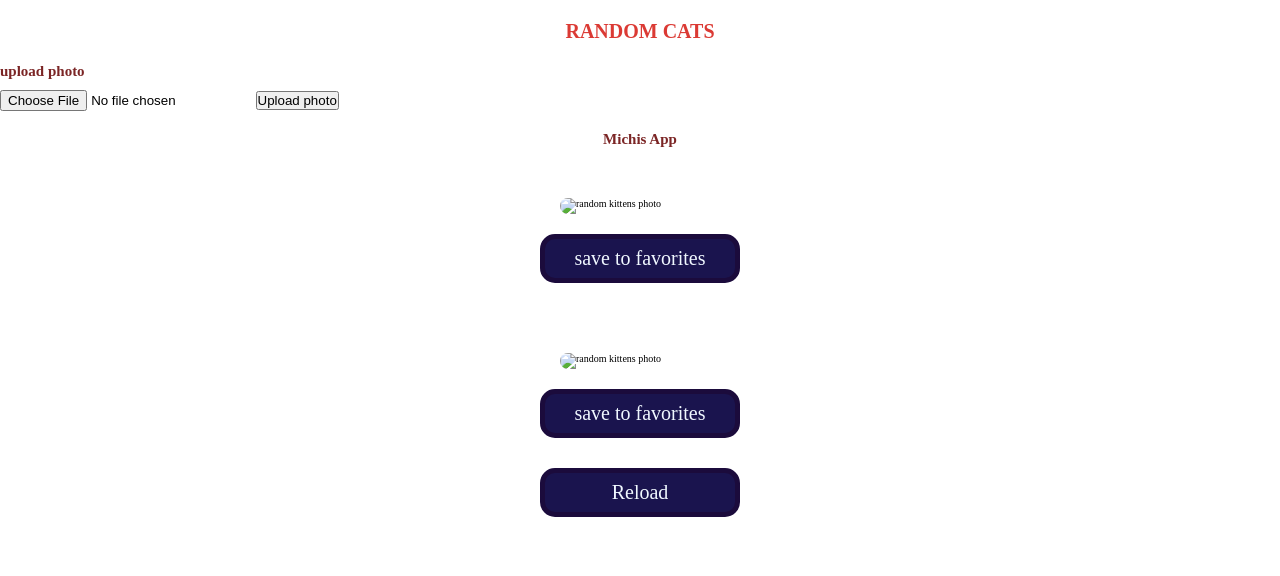
Repository: elto82/ConsumoAPIRESTjs
Page: index.html
The author's editor kept a copy of each file at every save. The page is drawn from the files as they stood at one save, then again after the next save.
The browser window is 1280 px wide. The pictures show the whole page.
The page's requests for data from a server got no answer.

Above is the page before, as saved 2022-07-04 21:33:38.

### index.html
<!DOCTYPE html>
<html lang="en">

<head>
  <meta charset="UTF-8">
  <meta http-equiv="X-UA-Compatible" content="IE=edge">
  <meta name="viewport" content="width=device-width, initial-scale=1.0">
  <title>Random Cats</title>
  <link rel="stylesheet" href="style.css">
</head>

<body>
  <header>
    <h1>Random Cats</h1>
  </header>
  <span id="error"></span>


  <section id="uploadingMichi" class="cards__container">
    <h2>upload photo</h2>
    <form id="uploadingForm">
      <input id="fileSelector" type="file" name="file" accept="image/*">

      <button type="button" onclick="uploadMichiPhoto()">
        Upload photo<i class="fa-solid fa-paper-plane"></i>
      </button>
      <div id="preview-zone">

      </div>
    </form>
  </section>

  <section id="randomMichis" class="container">
    <h2>Michis App</h2>

    <article>
      <img id="img1" alt="random kittens photo" class="image">
      <button id="btn1" class="random-cat-button">
        save to favorites
      </button>
    </article>
    <article>
      <img id="img2" alt="random kittens photo" class="image">
      <button id="btn2" class="random-cat-button">
        save to favorites
      </button>
    </article>

    <button class="random-cat-button" onclick="loadRandomMichis()">
      Reload
    </button>

  </section>
  <section id="favoriteMichis">

  </section>

  <script src="https://cdn.jsdelivr.net/npm/axios/dist/axios.min.js"></script>
  <script src="./main.js"></script>
</body>

</html>

### style.css
* {
  box-sizing: border-box;
  margin: 0px;
  padding: 0px;
}
html {
  font-size: 62.5%;
}
body {
  font-family: 'Square Peg', cursive;
}
header {
  display: flex;
  justify-content: center;
}

h1 {
  margin: 20px 0;
  color: #DB3A34;
  font-weight: 800;
  text-transform: uppercase;
}

h2 {
  color: #7b2525;
  margin: 0 0 1rem 0;
}


article{
  display: flex;
  flex-direction: column;
  justify-content: center;
  place-items: center;
  padding: 20px;
}
.container {
  display: flex;
  flex-direction: column;
  justify-content: center;
  place-items: center;
  padding: 20px;
}
.container .image {
  border-radius: 20px;
  margin: 20px;
  width: 80%;
  height: auto;
}
.random-cat-button {
  align-items: center;
  background-color: rgb(26, 20, 78);
  border: 5px solid rgb(27, 11, 60);
  border-radius: 15px;
  color: aliceblue;
  cursor: pointer;
  font-family: 'Pacifico', cursive;
  font-size: 2rem;
  padding: 0.8rem;
  width: 20rem;
  height: auto;
  margin-bottom: 1rem;
}
.random-cat-button:hover {
  border: 5px solid rgb(36, 16, 71);
  background-color: rgb(33, 14, 62);
}

#file-preview{
  width: 300px;
  height: auto;
  margin: 20px 20px;
}

### main.js
const api = axios.create({
  baseURL: 'https://api.thecatapi.com/v1'
});
api.defaults.headers.common['X-API-KEY'] = '11fb4c78-96c8-403c-b282-b8c4d38b4b60';


/*--------------------------------------------- endpoint
const API_URL = "https://api.thecatapi.com/v1/images/search"; */
/* --------------------------------------------------------query parameters */
const API_URL_random = "https://api.thecatapi.com/v1/images/search?limit=2";
const API_URL_favorites = "https://api.thecatapi.com/v1/favourites";
const API_URL_upload = "https://api.thecatapi.com/v1/images/upload";

const API_URL_favorites_delete = (id) =>
  `https://api.thecatapi.com/v1/favourites/${id}`;

const spanError = document.getElementById("error");

async function loadRandomMichis() {
  const res = await fetch(API_URL_random);
  const data = await res.json();

  console.log(data);
  console.log("loadRandomMichis");

  if (res.status !== 200) {
    spanError.innerHTML = `hubo un error: ${res.status} ${data.message}`;
  } else {
    const img1 = document.getElementById("img1");
    const img2 = document.getElementById("img2");
    const btn1 = document.getElementById("btn1");
    const btn2 = document.getElementById("btn2");

    img1.src = data[0].url;
    img2.src = data[1].url;
    btn1.onclick = () => saveFavoriteMichi(data[0].id);
    btn2.onclick = () => saveFavoriteMichi(data[1].id);
  }
}

async function loadFavoriteMichis() {
  const res = await fetch(API_URL_favorites, {
    method: "GET",
    headers: {
      "X-API-KEY": "11fb4c78-96c8-403c-b282-b8c4d38b4b60",
    },
  });
  const data = await res.json();

  console.log(data);
  console.log("loadFavoriteMichis");

  if (res.status !== 200) {
    spanError.innerHTML = `Hubo un error: ${res.status} ${data.message}`;
  } else {
    const section = document.getElementById("favoriteMichis");
    section.innerHTML = "";
    const h2 = document.createElement("h2");
    const h2Text = document.createTextNode("Michis Favorites");
    h2.appendChild(h2Text);
    section.appendChild(h2);

    data.forEach((michi) => {
      const article = document.createElement("article");
      const img = document.createElement("img");
      const btn = document.createElement("button");
      const btnText = document.createTextNode("remove michi");

      btn.appendChild(btnText);
      btn.onclick = () => deleteFavoriteMichi(michi.id);
      img.src = michi.image.url;
      img.width = 150;
      article.appendChild(img);
      article.appendChild(btn);
      section.appendChild(article);
    });
  }
}

async function saveFavoriteMichi(id) {
  const { data, status } = await api.post('/favourites', {
    image_id: id,
  });
  /* const res = await fetch(API_URL_favorites, {
    method: "POST",
    headers: {
      "Content-Type": "application/json",
      "X-API-KEY": "11fb4c78-96c8-403c-b282-b8c4d38b4b60",
    },
    body: JSON.stringify({
      image_id: id,
    }),
  });
  const data = await res.json(); */

  console.log("save");
  //console.log(res);

  if (status !== 200) {
    spanError.innerHTML = `Hubo un error: ${status} ${data.message}`;
  } else {
    console.log("michi guardado en favoritos");
    loadFavoriteMichis();
  }
}

async function deleteFavoriteMichi(id) {
  const res = await fetch(API_URL_favorites_delete(id), {
    method: "DELETE",
    headers: {
      "X-API-KEY": "11fb4c78-96c8-403c-b282-b8c4d38b4b60",
    },
  });
  const data = await res.json();

  if (res.status !== 200) {
    spanError.innerHTML = `Hubo un error: ${res.status} ${data.message}`;
  } else {
    console.log("michi eliminado de favoritos");
    loadFavoriteMichis();
  }
}

async function uploadMichiPhoto() {
  const form = document.getElementById("uploadingForm");
  const formData = new FormData(form);

  console.log(formData.get("file"));

  const res = await fetch(API_URL_upload, {
    method: "POST",
    headers: {
      //"Content-Type": "multipart/form-data",
      "X-API-KEY": "11fb4c78-96c8-403c-b282-b8c4d38b4b60",
    },
    body: formData,
  });
  const data = await res.json();

  if (res.status !== 201) {
    spanError.innerText = "Hubo un error: " + res.status + " " + data.message;
  } else {
    console.log("Michi cargado correctamente");
    console.log({ data });
    console.log(data.url);
    saveFavoriteMichi(data.id);
    loadRandomMichis();
  }
}

/* const previewImage = () => {
  const file = document.getElementById("file").files;
  console.log(file);
  if (file.length > 0) {
    const fileReader = new FileReader();

    fileReader.onload = function(e) {
      document.getElementById("preview").setAttribute("src", e.target.result);
    };
    fileReader.readAsDataURL(file[0]);
  }
} */

function readFile(input) {
  if (input.files && input.files[0]) {
    var reader = new FileReader();
    reader.onload = function (e) {
      var filePreview = document.createElement("img");
      filePreview.id = "file-preview";
      //Aca se guarda la imagen en base 64
      filePreview.src = e.target.result;
      console.log(e.target.result);

      var previewZone = document.getElementById("preview-zone");
      previewZone.appendChild(filePreview);
    };

    reader.readAsDataURL(input.files[0]);
  }
}
var fileUpload = document.getElementById("fileSelector");
fileUpload.onchange = function (e) {
  readFile(e.srcElement);

};

loadRandomMichis();
loadFavoriteMichis();

After the next save:
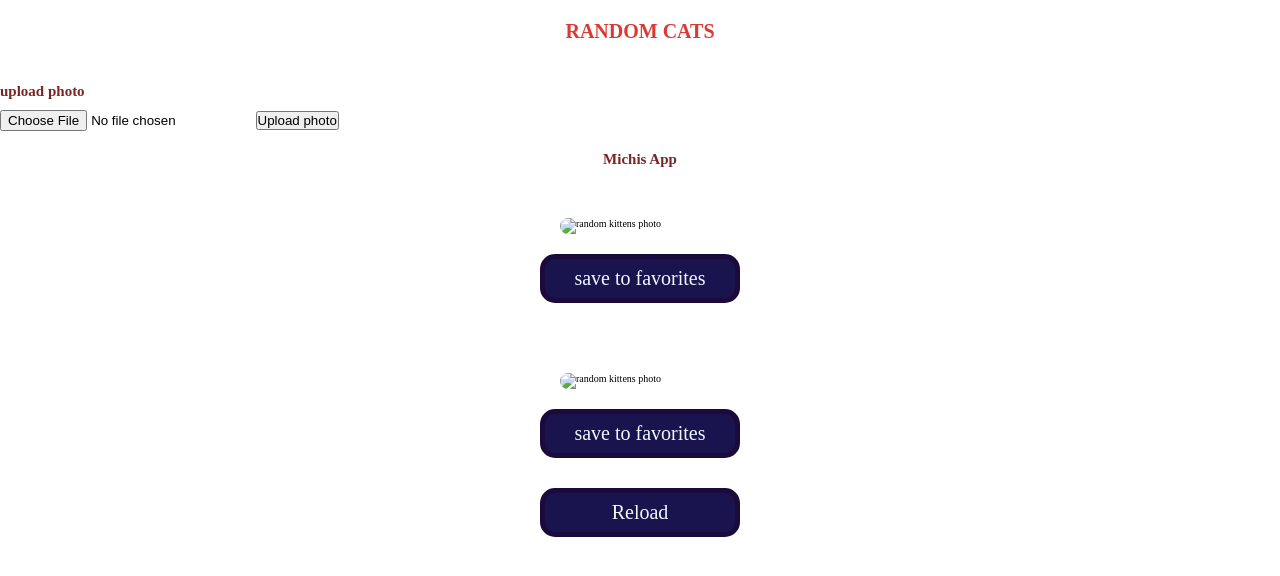
Saved 16 s later.
--- a/style.css
+++ b/style.css
@@ -26,6 +26,11 @@ h2 {
   margin: 0 0 1rem 0;
 }
 
+#error {
+  color: #eee;
+  display: block;
+  margin-bottom: 20px;
+}
 
 article{
   display: flex;
